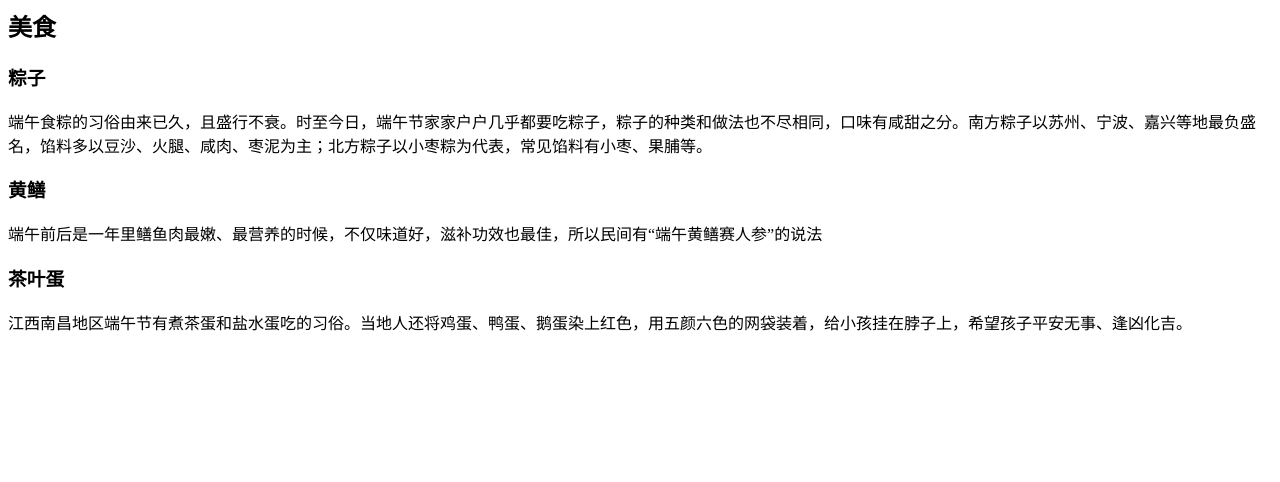
Repository: XueJie1/computer-operation-basics
Page: pages/dragonboatfes/cuisine.html
These files come from the project's save history. The page is drawn as it stood at one moment and after a run of saves; the edit follows.
The browser window is 1280 px wide. The pictures show the whole page.

Above is the page before, as saved 2023-09-11 21:02:08.

### pages/dragonboatfes/cuisine.html
<h2>美食</h2>
<h3>粽子</h3>
<p>端午食粽的习俗由来已久，且盛行不衰。时至今日，端午节家家户户几乎都要吃粽子，粽子的种类和做法也不尽相同，口味有咸甜之分。南方粽子以苏州、宁波、嘉兴等地最负盛名，馅料多以豆沙、火腿、咸肉、枣泥为主；北方粽子以小枣粽为代表，常见馅料有小枣、果脯等。
</p>
<h3>黄鳝</h3>
<p>端午前后是一年里鳝鱼肉最嫩、最营养的时候，不仅味道好，滋补功效也最佳，所以民间有“端午黄鳝赛人参”的说法</p>
<h3>茶叶蛋</h3>
<p>江西南昌地区端午节有煮茶蛋和盐水蛋吃的习俗。当地人还将鸡蛋、鸭蛋、鹅蛋染上红色，用五颜六色的网袋装着，给小孩挂在脖子上，希望孩子平安无事、逢凶化吉。</p>
<h3></h3>

After the next 2 saves:
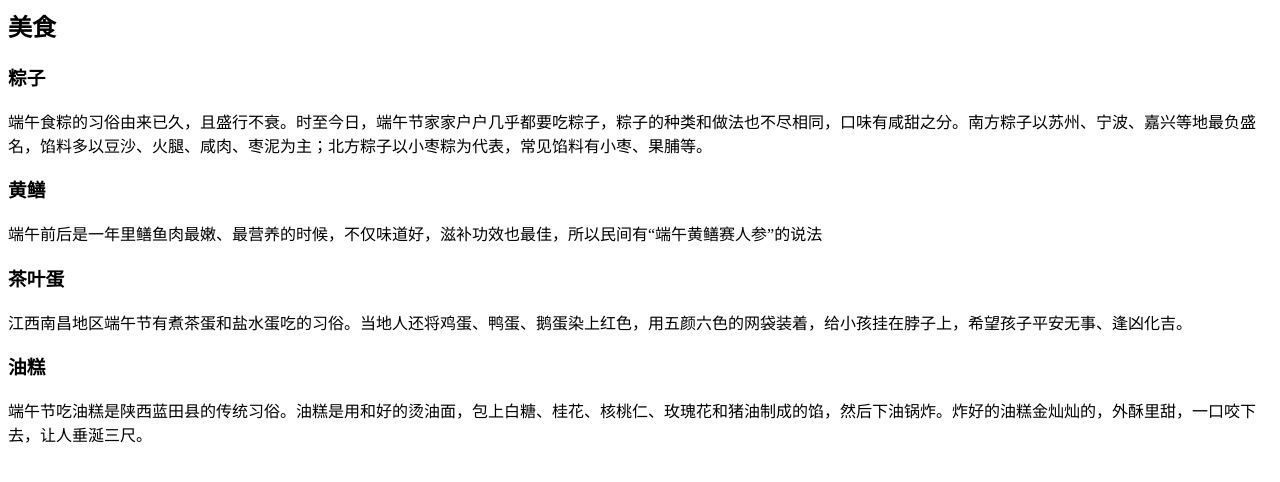
The 2 saves are shown as one change because they came seconds apart.
The last was saved 15 s later.
--- a/pages/dragonboatfes/cuisine.html
+++ b/pages/dragonboatfes/cuisine.html
@@ -6,4 +6,5 @@
 <p>端午前后是一年里鳝鱼肉最嫩、最营养的时候，不仅味道好，滋补功效也最佳，所以民间有“端午黄鳝赛人参”的说法</p>
 <h3>茶叶蛋</h3>
 <p>江西南昌地区端午节有煮茶蛋和盐水蛋吃的习俗。当地人还将鸡蛋、鸭蛋、鹅蛋染上红色，用五颜六色的网袋装着，给小孩挂在脖子上，希望孩子平安无事、逢凶化吉。</p>
-<h3></h3>
+<h3>油糕</h3>
+<p>端午节吃油糕是陕西蓝田县的传统习俗。油糕是用和好的烫油面，包上白糖、桂花、核桃仁、玫瑰花和猪油制成的馅，然后下油锅炸。炸好的油糕金灿灿的，外酥里甜，一口咬下去，让人垂涎三尺。</p>
